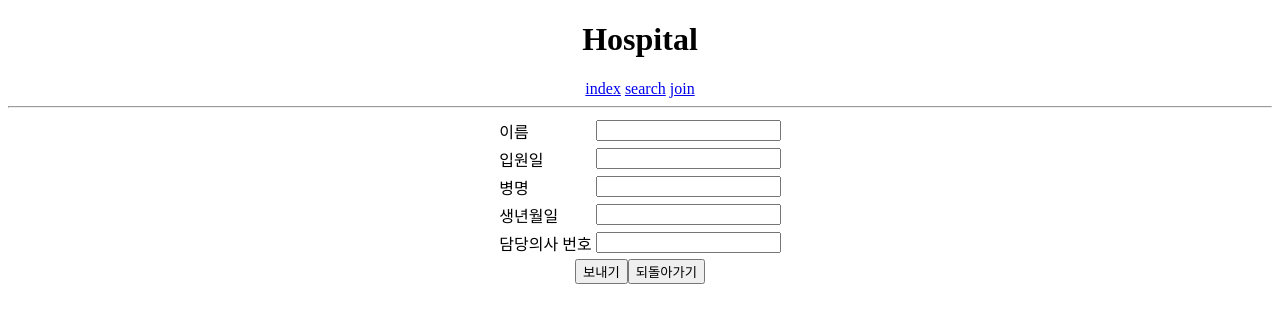
Repository: kimgh06/jsp_teamwork
Page: http://localhost/hospital/join.jsp
An editor plug-in stored every save of this project. The page is shown before and after the next save, followed by the edit.
The browser window is 1280 px wide. The pictures show the whole page.
The page is served by Tomcat 9.

Above is the page before, as saved 2023-06-14 02:01:49.

After the next save:
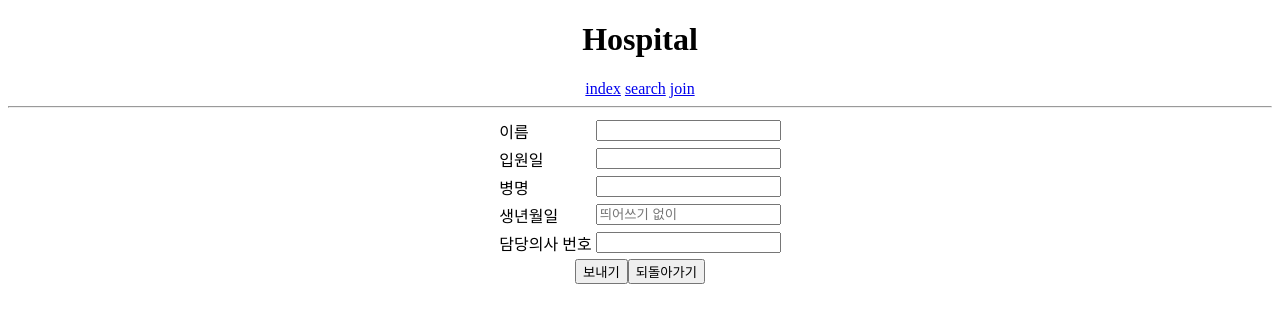
Saved 12 s later.
--- a/hospital/src/main/webapp/join.jsp
+++ b/hospital/src/main/webapp/join.jsp
@@ -13,7 +13,7 @@
 	<tr><td>이름</td><td><input name="name"/></td></tr>
 	<tr><td>입원일</td><td><input name="clinicdate"/></td></tr>
 	<tr><td>병명</td><td><input name="reason"/></td></tr>
-	<tr><td>생년월일</td><td><input placeholder name="birthday"/></td></tr>
+	<tr><td>생년월일</td><td><input placeholder="띄어쓰기 없이" name="birthday"/></td></tr>
 	<tr><td>담당의사 번호</td><td><input name="doctornum"/></td></tr>
 	<tr><td colspan="2" style='text-align: center'><input type="button" value="보내기"><input type="button" value="되돌아가기"></td></tr>
 </table>
